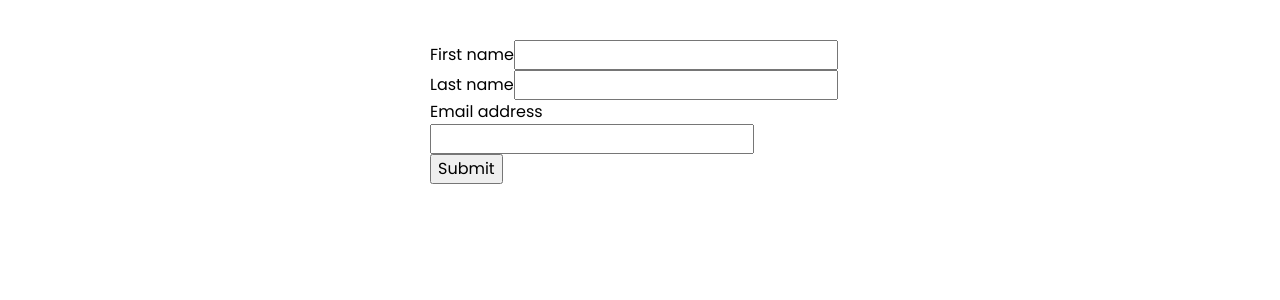
Repository: hoang0508/ReactJsDevWork
Page: /
These files come from the project's save history. The page is drawn as it stood at one moment and after the next save; the edit follows.
The browser window is 1280 px wide. The pictures show the whole page.
The project was rebuilt for these pictures with package versions that can differ from the ones it lists, and the page was loaded fresh each time.

Above is the page before, as saved 2022-02-13 14:52:37.

After the next save:
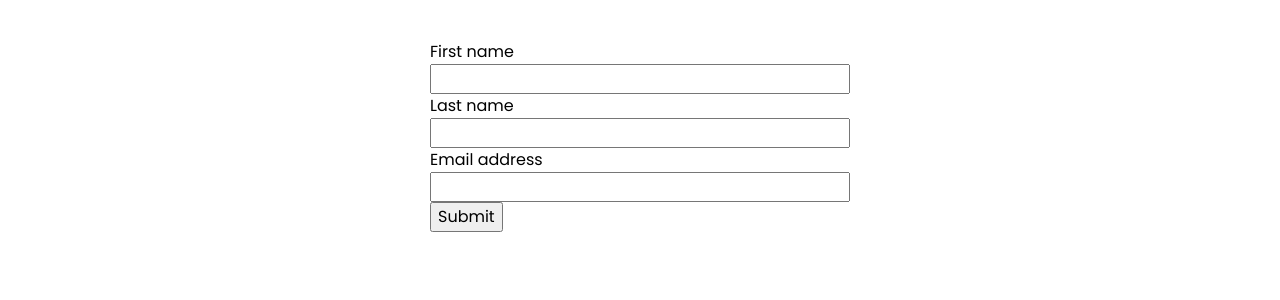
Saved 31 s later.
--- a/src/components/Form/Form.scss
+++ b/src/components/Form/Form.scss
@@ -3,4 +3,9 @@
   max-width: 500px;
   width: 100%;
   margin: 0 auto;
+  &-group {
+    display: flex;
+
+    flex-direction: column;
+  }
 }
